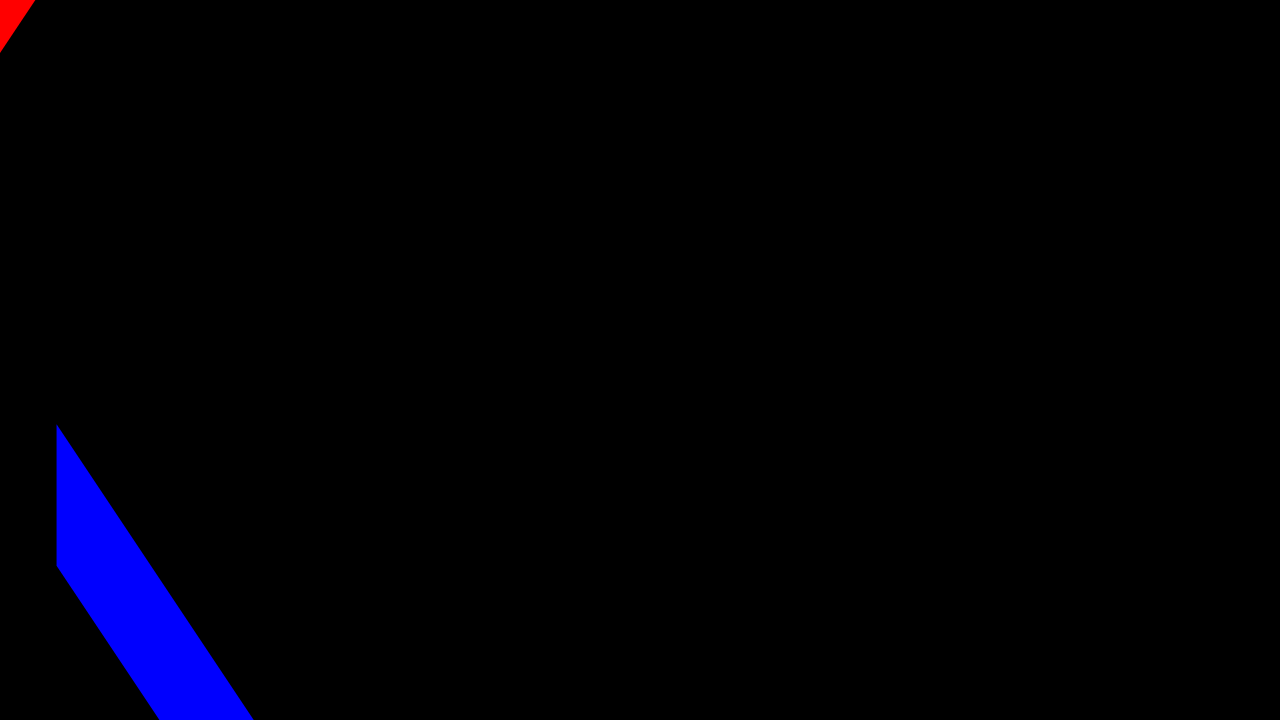
Repository: tourn171/canvasBlogAssets
Page: Chapter1/Chapter1 Ex/EX4/ex4.html
The author's editor kept a record of every edit. The page is drawn from the files as they stood at one moment, then again after the next edit.
The browser window is 1280 px wide. The pictures show the whole page.

Above is the page before.

After the next edit:
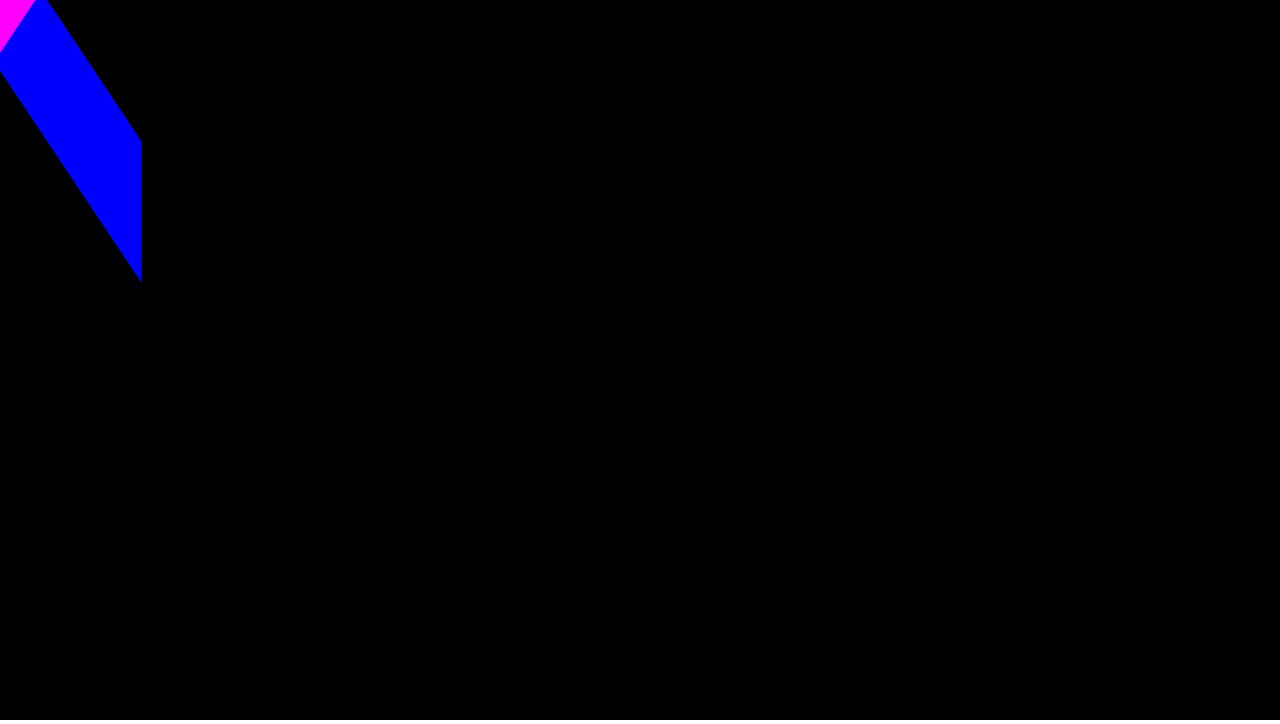
The edit:
--- a/Chapter1/Chapter1 Ex/EX4/ex4.js
+++ b/Chapter1/Chapter1 Ex/EX4/ex4.js
@@ -22,6 +22,6 @@
 canvas.restore();
 canvas.save();
 canvas.globalCompositeOperation = "lighter";
-canvas.transform(1,1, 5,1,W/2,H/2);
+canvas.transform(1,1, 5,1,0,0);
 canvas.fillStyle = "blue";
 canvas.fillRect(-50, -50, 100,100);
